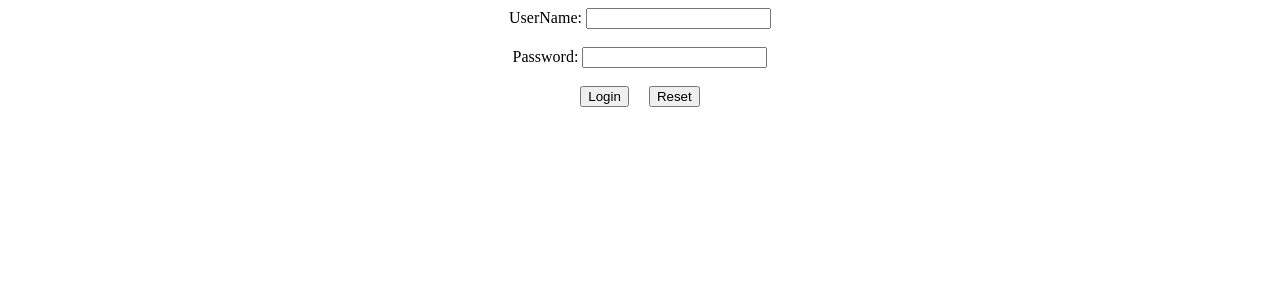
Repository: rkmr039/EMS_PROJECT
Page: EMS/WebContent/login.html
These files come from the project's save history. The page is drawn as it stood at one moment and after the next save; the edit follows.
The browser window is 1280 px wide. The pictures show the whole page.

Above is the page before, as saved 2019-08-26 12:12:01.

After the next save:
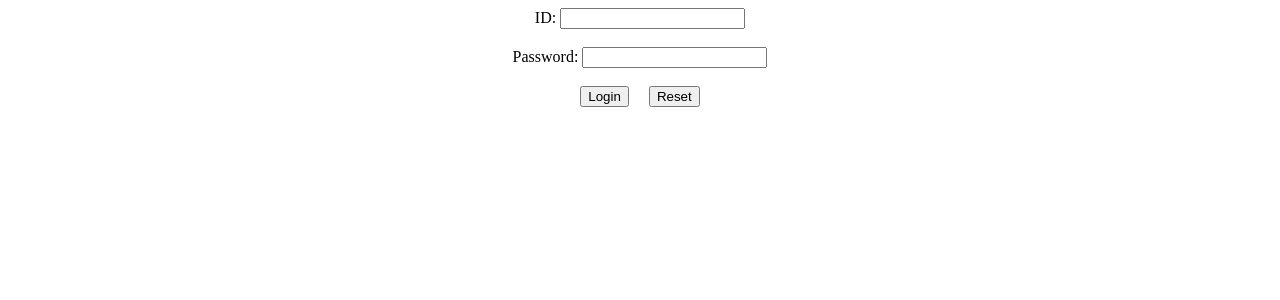
Saved 39 s later.
--- a/EMS/WebContent/login.html
+++ b/EMS/WebContent/login.html
@@ -7,8 +7,8 @@
 <body>
 	<form method="get" action="login.jsp">
 		<center>
-			UserName:
-			<input type="text" name="userName"/><br/><br/>
+			ID:
+			<input type="text" name="ID"/><br/><br/>
 			Password:
 			<input type="password" name="passWord"/><br/><br/>
 
